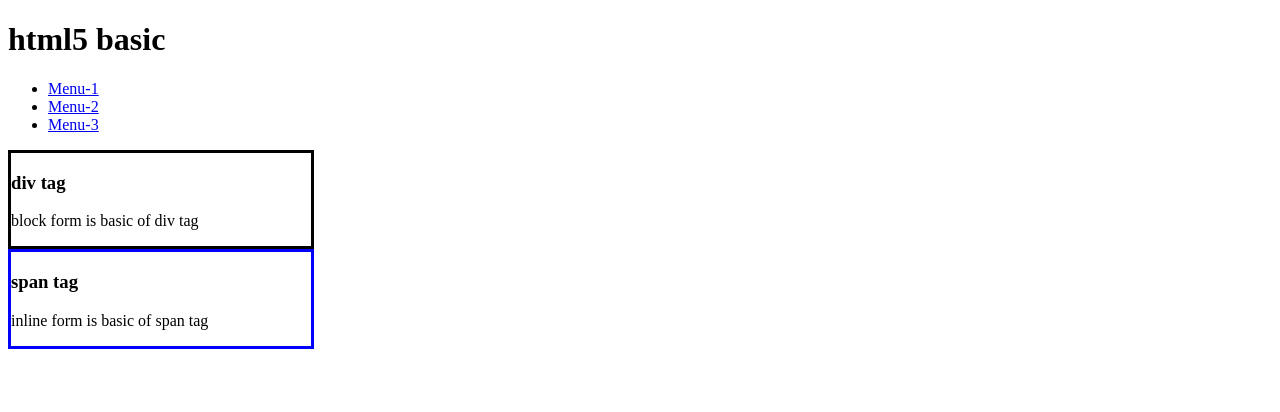
Repository: LucestDail/WebEclipse-Workspace
Page: htmlProject/WebContent/htmlEx9.html
An editor plug-in stored every save of this project. The page is shown before and after the next save, followed by the edit.
The browser window is 1280 px wide. The pictures show the whole page.

Above is the page before, as saved 2020-11-06 02:10:05.

### htmlProject/WebContent/htmlEx9.html
<!DOCTYPE html>
<html>
<head>
<meta charset="UTF-8">
<title>Sementic tag page. use in html 5</title>
<style type ="text/css">
	article{
	border : 3px solid black;
	width:300px;
}
</style>
</head>
<body>
<header><h1>html5 basic</h1></header>
<nav>
	<ul><li><a href=#>Menu-1</a>
	<li><a href=#>Menu-2</a>
	<li><a href=#>Menu-3</a>
</ul>
</nav>
<section>
<article>
	<h1>
	div tag
	</h1>
	<p> block form is basic of div tag
</article>
<article style="border-color:blue">
<h1>span tag</h1>
<p>inline form is basic of span tag
</article>
</section>
</body>
</html>

After the next save:
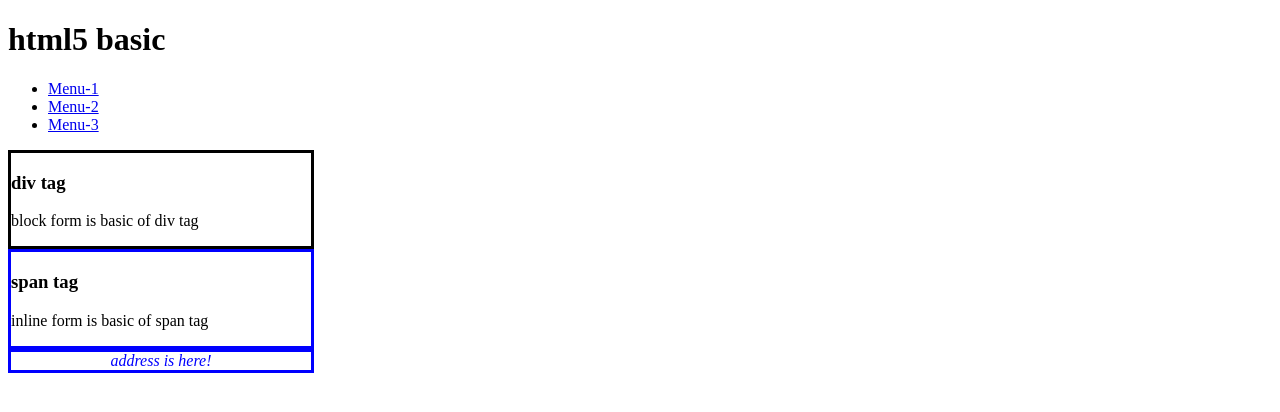
Saved 3 min 16 s later.
--- a/htmlProject/WebContent/htmlEx9.html
+++ b/htmlProject/WebContent/htmlEx9.html
@@ -30,5 +30,8 @@
 <p>inline form is basic of span tag
 </article>
 </section>
+<footer>
+	<address style="width:300px; border:3px solid blue; color:blue; text-align:center;">address is here!</address>
+</footer>
 </body>
 </html>
